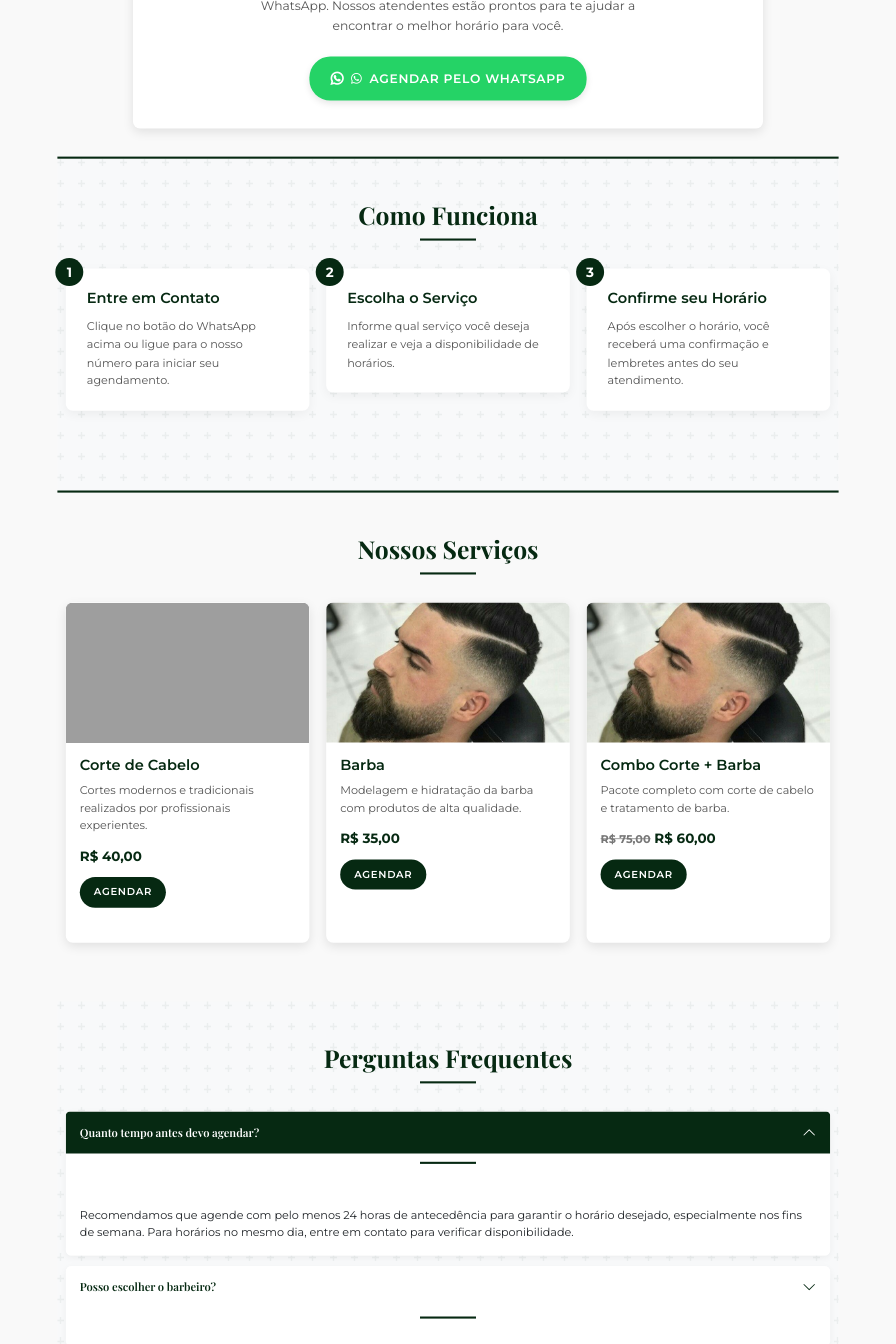
Repository: MichelAlmeida1990/Barbearia-do-Di
Page: agendamento.html
An editor plug-in stored every save of this project. The page is shown before and after a run of saves, followed by the edit.
The browser window is 1280 px wide. The pictures show the part of the page from y = 674 to 2594 px (the page is 4397 px tall), at 70% of full size.
Pictures or frames that could not be fetched are drawn as grey boxes.

Above is the page before, as saved 2025-04-01 19:15:23.

After the next 2 saves:
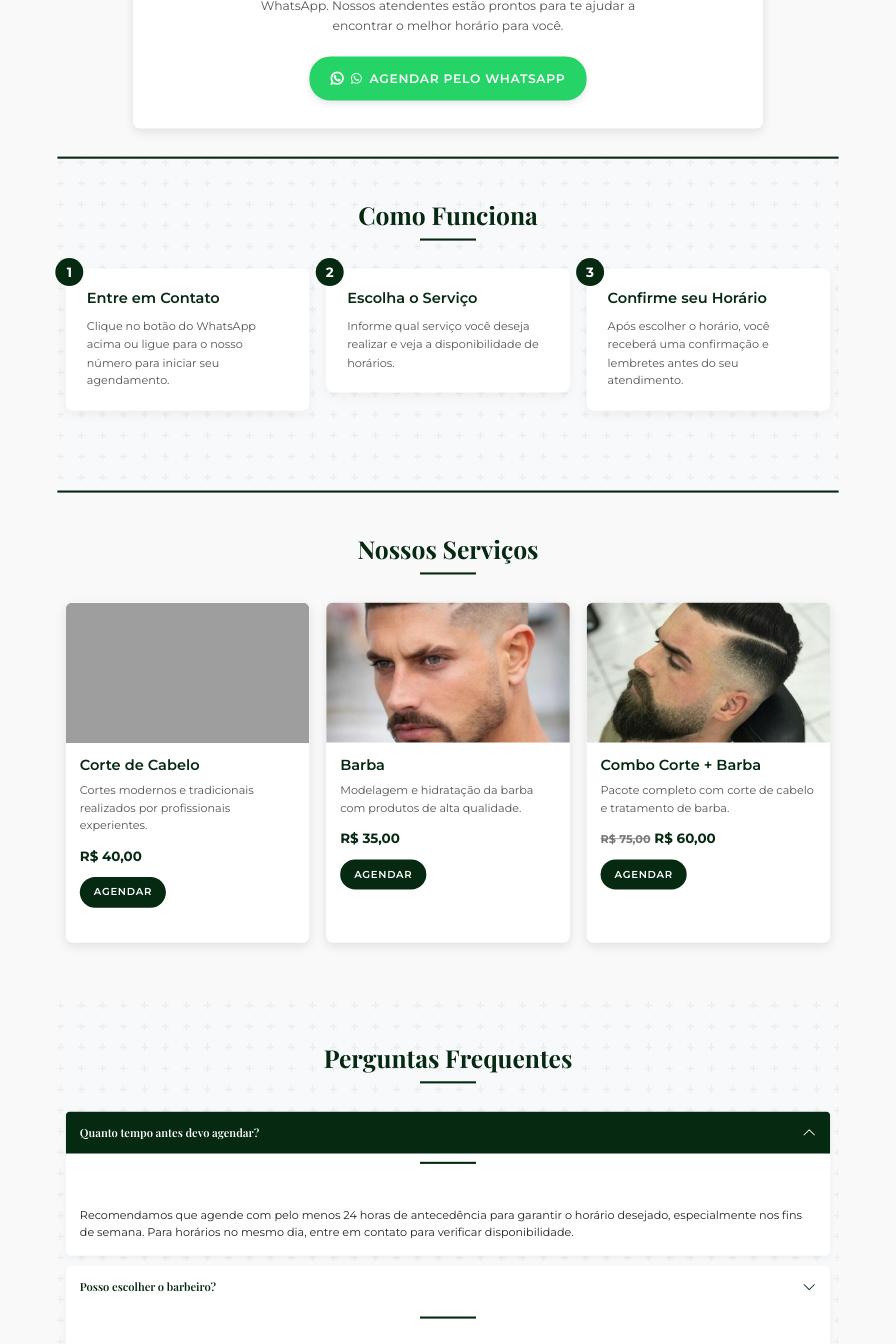
The 2 saves are shown as one change because they came seconds apart.
The last was saved 32 s later.
--- a/agendamento.html
+++ b/agendamento.html
@@ -114,7 +114,7 @@
                         </div>
                         <div class="col-md-4 mb-4">
                             <div class="service-card">
-                                <img src="images/barba.jpg" alt="Barba" class="service-img">
+                                <img src="images/corte-de-cabelo-masculino-social8-1.jpg" alt="Barba" class="service-img">
                                 <div class="service-body">
                                     <h3 class="service-title">Barba</h3>
                                     <p class="service-text">Modelagem e hidratação da barba com produtos de alta qualidade.</p>
